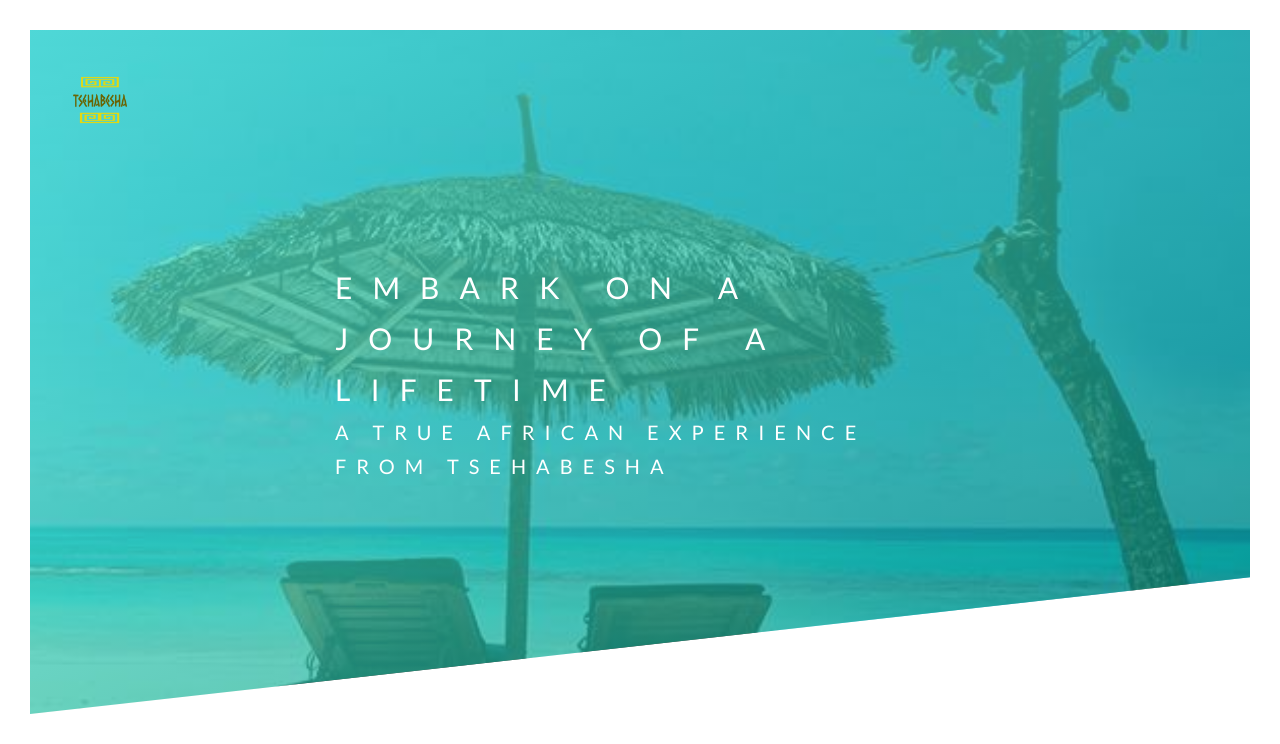
Repository: Azariagmt/tour-and-travel
Page: index.html
An editor plug-in stored every save of this project. The page is shown before and after the next save, followed by the edit.
The browser window is 1280 px wide. The pictures show the whole page.

Above is the page before, as saved 2020-03-24 17:11:32.

After the next save:
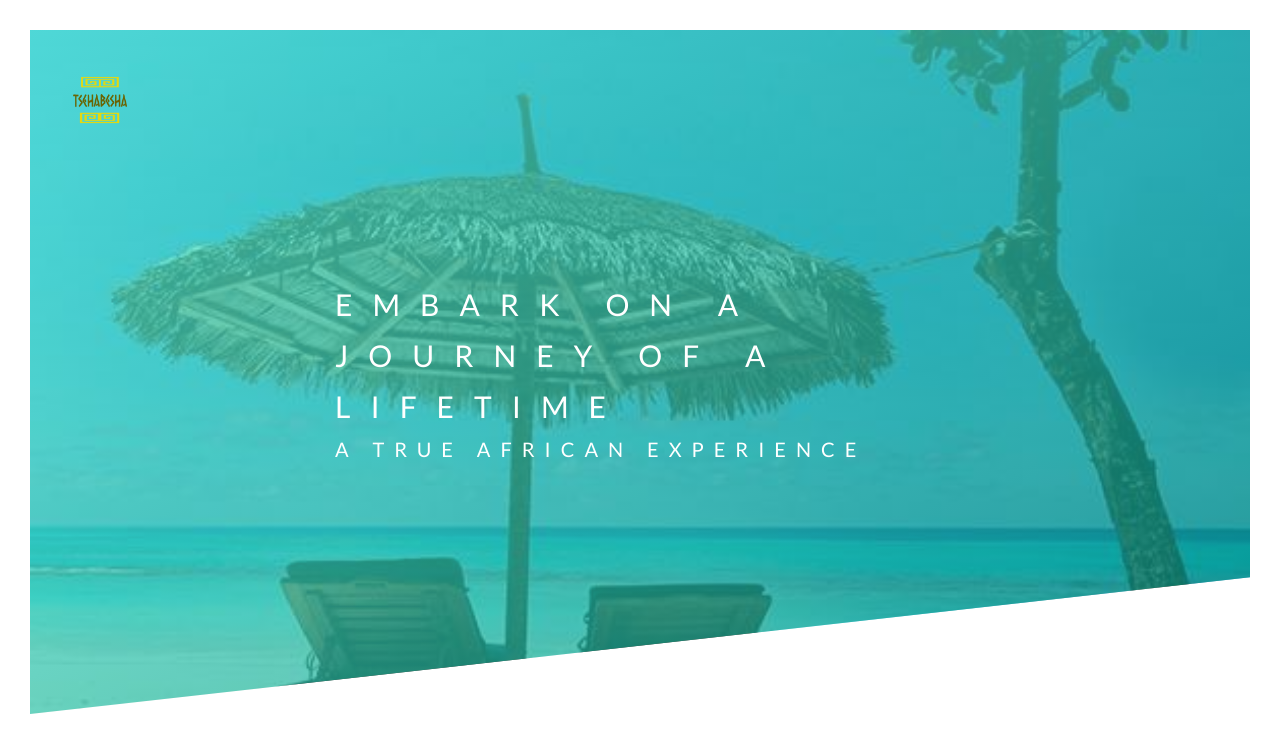
Saved 8 s later.
--- a/index.html
+++ b/index.html
@@ -26,7 +26,7 @@
                         embark on a journey of a lifetime
                     </span>
                     <span class="heading-primary-sub">
-                        a true african experience from tsehabesha
+                        a true african experience
                     </span>
                 </h1>
             </div>
